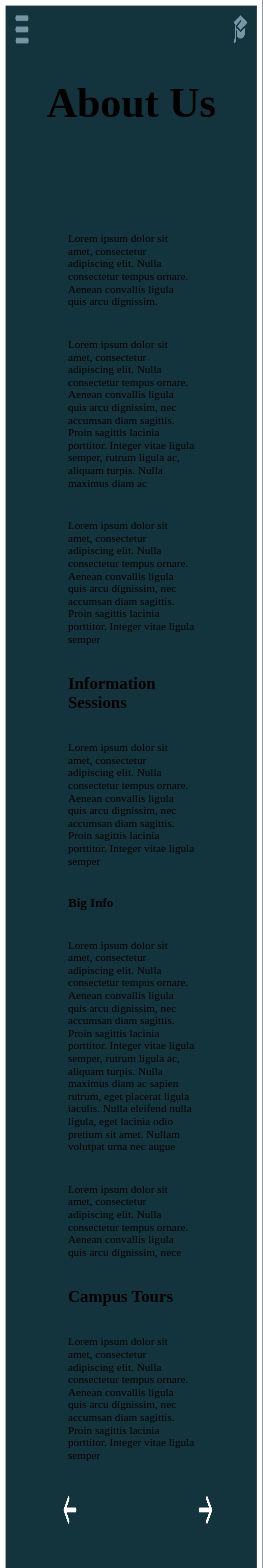
Repository: sierralaurent/MDIA2109-Assignment01
Page: /about
An editor plug-in stored every save of this project. The page is shown before and after the next save, followed by the edit.
The browser window is 375 px wide. The pictures show the part of the page from y = 0 to 2240 px (the page is 3045 px tall before and 3073 px after), at 70% of full size.
The project was rebuilt for these pictures with package versions that can differ from the ones it lists, and the page was loaded fresh each time. The framework's server and built-in components were replaced by stand-ins that run in the browser. Also part of the build but not shown: next.config.js.

Above is the page before, as saved 2023-02-05 12:19:19.

After the next save:
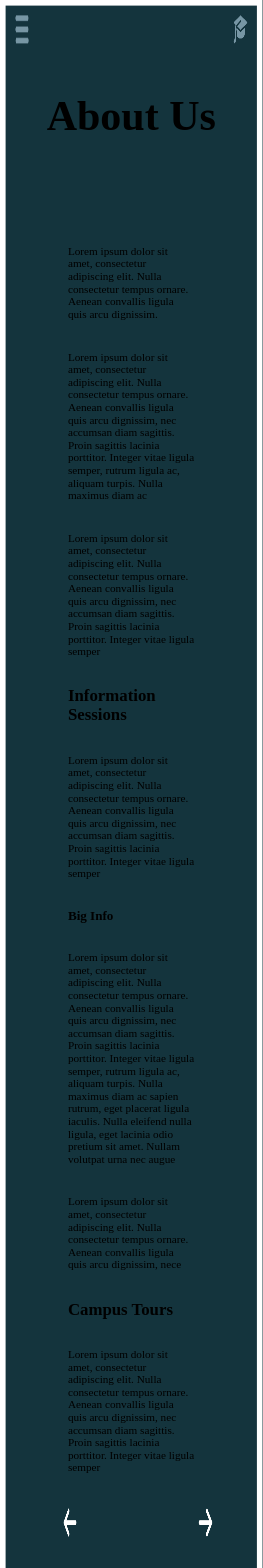
Saved 6 s later.
--- a/styles/About.module.css
+++ b/styles/About.module.css
@@ -93,7 +93,7 @@
 }
 
 .About {
-  padding-top: 10%;
+  padding-top: 15%;
 }
 
 }
